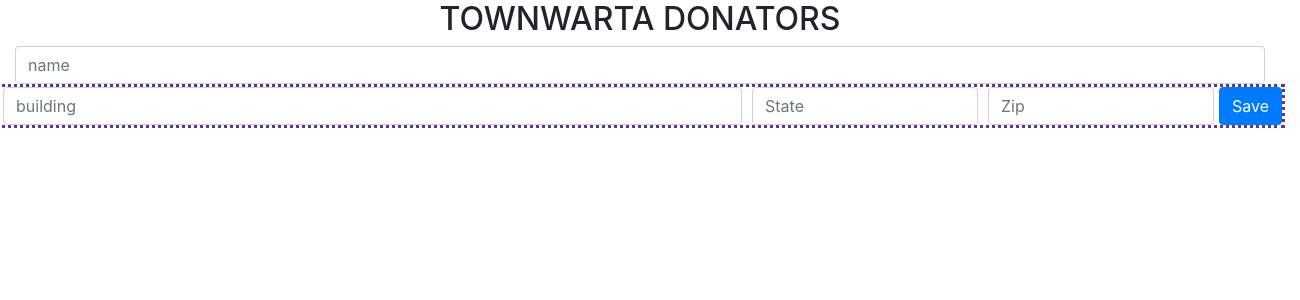
Repository: shivanand1988-28-06/townwarta
Page: http://localhost/donator/donator
An editor plug-in stored every save of this project. The page is shown before and after the next save, followed by the edit.
The browser window is 1280 px wide. The page is 1285 px wide, then 1300 px, so the pictures cover 1300 px, including what lies to the right of the window. The pictures show the whole page.
The page is served by the project's Node server (Townwarta.js). Other server files are loaded and not shown.

Above is the page before, as saved 2022-08-30 22:07:36.

### views/articles/donator.ejs

<!DOCTYPE html>
<html lang="en">
<head>
  <meta charset="UTF-8">
  <meta name="viewport" content="width=device-width, initial-scale=1.0">
  <link rel="stylesheet" href="https://maxcdn.bootstrapcdn.com/bootstrap/4.0.0/css/bootstrap.min.css" integrity="sha384-Gn5384xqQ1aoWXA+058RXPxPg6fy4IWvTNh0E263XmFcJlSAwiGgFAW/dAiS6JXm" crossorigin="anonymous">
  <meta http-equiv="X-UA-Compatible" content="ie=edge">
  <title>TOWNWARTA</title>
</head>
<body>
    <h2 style = "text-align : center">TOWNWARTA DONATORS</h2>
    <form >
        <div class="col">
            <input type="text" class="form-control" placeholder="name">
          </div>
        <div class="form-row" style = "border: 3px rebeccapurple dotted;">

          <div class="col-7">
            <input type="text" class="form-control" placeholder="building">
          </div>
          <div class="col">
            <input type="text" class="form-control" placeholder="State">
          </div>
          <div class="col">
            <input type="text" class="form-control" placeholder="Zip">
          </div>
          <div>
            <button type="submit" class="btn btn-primary">Save</button>
        </div>
        </div>

      </form>
</body>

### Townwarta.js

require("dotenv").config();
const express = require("express");
const mongoose = require("mongoose");
const articleRouter = require("./routes/articles");
const userRouter = require("./routes/user");
const connectDB = require("./db/connect");
const app = express();
const Article= require("./models/article");
const methodOverride = require("method-override")
const port = process.env.PORT || 3000
const path = require("path");
const donatorRouter = require("./routes/donator")

app.set("views" , path.join(__dirname , "views"))
app.set("view engine", "ejs");
// app.use(express.json());
 app.use(express.urlencoded({extended:false}));
app.use(express.static(path.join(__dirname, "public")));
app.use(methodOverride("_method"));

  app.get("/", async (req,res)=>{
    const articles = await Article.find();
    res.render("articles/index" , {articles:articles});
  });

  app.use("/" , userRouter);

app.use("/articles" , articleRouter );

app.use("/donator" , donatorRouter)
console.log(Article)


const start = async () =>{

try{

    await connectDB( process.env.MONGO_URI );
    app.listen(port,()=>{ console.log(`app is running over port ${port}`)});

}catch(error) {

    console.log(error);

}

}

start();

### routes/donator.js
const express = require("express");
const donatorRouter = express.Router();
const Donator = require("../models/donator");



donatorRouter.post("/donator", async(req,res) => {
    let {name , createdAt , address} = req.body ;
    let donator = await Donator.create({name : name , createdAt : createdAt , address : address});

} );

donatorRouter.get("/donator" , (req,res)=>{
    res.render("articles/donator");
})

module.exports = donatorRouter

After the next save:
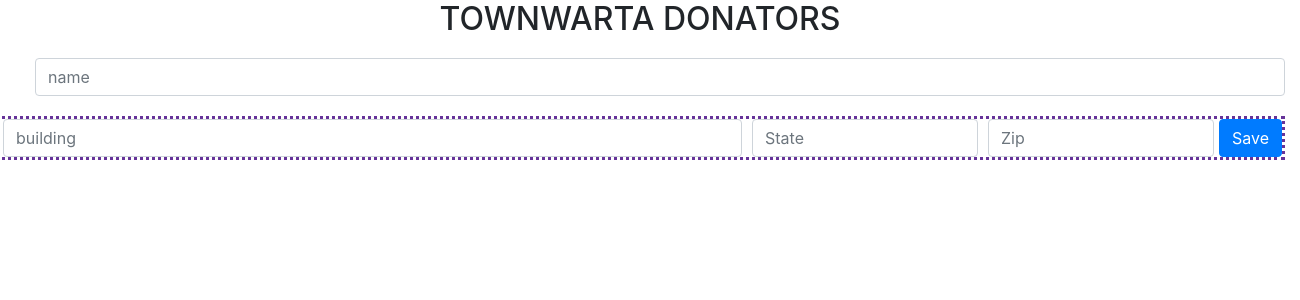
Saved 58 s later.
--- a/views/articles/donator.ejs
+++ b/views/articles/donator.ejs
@@ -11,7 +11,7 @@
 <body>
     <h2 style = "text-align : center">TOWNWARTA DONATORS</h2>
     <form >
-        <div class="col">
+        <div class="col" style = "margin : 20px">
             <input type="text" class="form-control" placeholder="name">
           </div>
         <div class="form-row" style = "border: 3px rebeccapurple dotted;">
